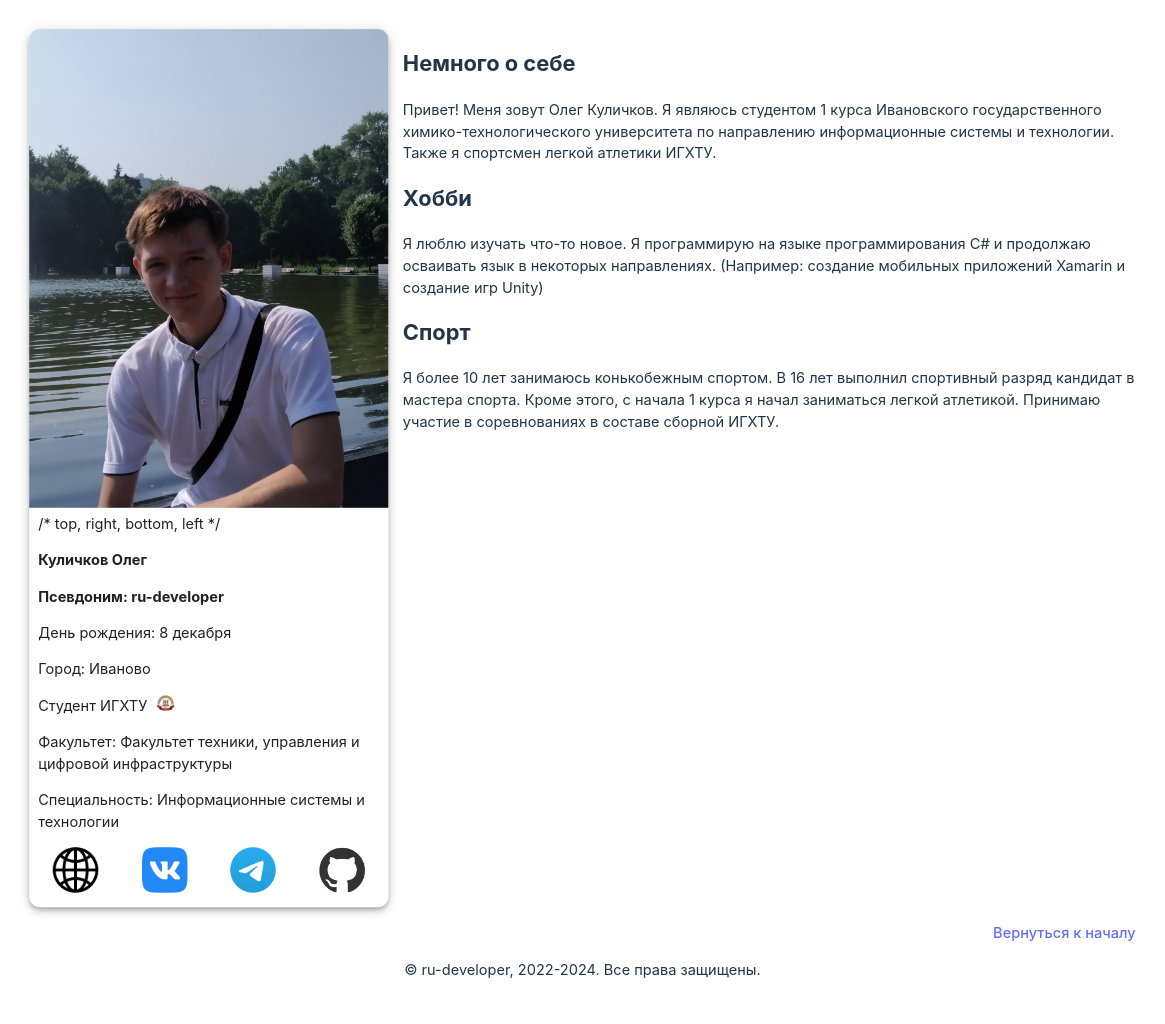
Repository: HubOl01/my_profile
Page: /
An editor plug-in stored every save of this project. The page is shown before and after a run of saves, followed by the edit.
The browser window is 1280 px wide. The pictures show the whole page, at 91% of full size.
The project was rebuilt for these pictures with package versions that can differ from the ones it lists, and the page was loaded fresh each time. Also part of the build but not shown: vite.config.ts, src/components/header/Header.style.scss, src/data/websites.ts.

Above is the page before, as saved 2024-03-08 17:43:29.

### src/App.tsx
import { Grid } from '@mui/material'
import './App.css'
import Common from './components/center/Common'
import Footer from './components/footer/Footer'
import Header from './components/header/Header'
import LeftBar from './components/left/LeftBar'


function App() {

  return (
    <>
      <Header />
      <Grid container spacing={2}>
        <Grid item xs={4}>
          <LeftBar />
        </Grid>
        <Grid item xs>
          <Common />
        </Grid>
      </Grid>
      <Footer />
    </>
  )
}

export default App

### src/App.css
#root {
  max-width: 1280px;
  margin: 0 auto;
  padding: 2rem;
  /* text-align: center; */
}
.logo:hover {
  filter: drop-shadow(0 0 2em #646cffaa);
}
.logo.react:hover {
  filter: drop-shadow(0 0 2em #61dafbaa);
}

@keyframes logo-spin {
  from {
    transform: rotate(0deg);
  }
  to {
    transform: rotate(360deg);
  }
}

@media (prefers-reduced-motion: no-preference) {
  a:nth-of-type(2) .logo {
    animation: logo-spin infinite 20s linear;
  }
}

.card {
  padding: 2em;
}

.read-the-docs {
  color: #888;
}

### src/components/center/Common.tsx
import React from 'react'

export default function Common() {
  return (
    <div className="Text">
      <h2>Немного о себе</h2>
      <p>
        Привет! Меня зовут Олег Куличков. Я являюсь студентом 1 курса
        Ивановского государственного химико-технологического университета по
        направлению информационные системы и технологии. Также я спортсмен
        легкой атлетики ИГХТУ.
      </p>
      <h2>Хобби</h2>
      <p>
        Я люблю изучать что-то новое. Я программирую на языке программирования
        C# и продолжаю осваивать язык в некоторых направлениях. (Например:
        создание мобильных приложений Xamarin и создание игр Unity)
      </p>
      <h2>Спорт</h2>
      <p>
        Я более 10 лет занимаюсь конькобежным спортом. В 16 лет выполнил
        спортивный разряд кандидат в мастера спорта. Кроме этого, с начала 1
        курса я начал заниматься легкой атлетикой. Принимаю участие в
        соревнованиях в составе сборной ИГХТУ.
      </p>
    </div>
  )
}

### src/components/footer/Footer.tsx
import React from 'react'

export default function Footer() {
  return (
    // <footer className="text-muted" style={{
    //   "width":"100%"
    // }}>
      <div className="container">
        <p className="float-right" style={{
      "textAlign": "right"
    }}>
          <a href="#">Вернуться к началу</a>
        </p>
        <p className="footer-text"
        style={{
          "textAlign": "center"
        }}
        >© ru-developer, 2022-{(new Date()).getFullYear()}. Все права защищены.</p>
      </div>
    // </footer>
  )
}

### src/components/header/Header.tsx
import './Header.style.scss'

export default function Header() {
  return (
      <div>
        {/* <h1>About myself</h1> */}
      </div>
  )
}

### src/components/left/LeftBar.tsx
import styles from './style.module.scss';
import { Card, Grid } from '@mui/material';
import about from '../../assets/images/About.jpg';
import isuct from '../../assets/images/isuct.png';
import { websites } from '../../data/websites';
import { nickname } from '../../data/my_projects';

const list_web = websites.map((web) =>
  <Grid item xs>
    <div className="web">
      <a
        href={web.href}
        title={web.title}
      >
        <img
          className={styles.img_icon}
          alt={web.alt}
          src={web.src}
          width={40}
        />
      </a>
    </div>
  </Grid>
)


const LeftBar = () => {
  return (
    <>
      <Card elevation={5}
        sx={{
          borderRadius: 3,
        }} >
        <a title="Куличков Олег" href="https://vk.com/oleg01f">
          <img
            alt="about"
            src={about}
            style={{
              // borderRadius: '15px',
              display: 'flex',
              width: "100%",
            }}
            data-holder-rendered="true"
          />
        </a>
        <div style={{ padding: "5px 10px 10px 10px" }}> /* top, right, bottom, left */
          <div>
            <p>
              <b>Куличков Олег</b>
            </p>
            <p>
              <b>Псевдоним: {nickname}</b>
            </p>
            <p>
              <span >День рождения:</span> 8 декабря
            </p>
            <p>
              <span className="text-format">Город:</span> Иваново
            </p>
            <p>
              Студент ИГХТУ
              <img
                className="isuct"
                alt="ISUCT"
                src={isuct}
                width={20}
                style={{ "marginLeft": "10px" }}
              // data-holder-rendered="true"
              />
            </p>
            <p>
              <span className="text-format">Факультет:</span> Факультет техники,
              управления и цифровой инфраструктуры
            </p>
            <p>
              <span className="text-format">Специальность:</span> Информационные
              системы и технологии
            </p>
            {/* <p style={{
              "textAlign": "center",
              "justifyContent": "center",
              display: 'flex',
              width: "100%",

          }}>
            <span className="text-format">Социальные сети</span>
          </p> */}

            <Grid container spacing={2}

              sx={{
                'textAlign': "center",
                // display: 'flex',
                // width: "100%",
              }
              }>
              {list_web}
            </Grid>

          </div>
        </div>


      </Card>
    </>
  )
}

export default LeftBar

### src/components/left/style.module.scss
.img_icon{
    width: 50px;
    height: 50px;
}
div{
    display: "flex";
}
// .custom-card{

// }

### src/data/my_projects.ts
export interface IProjects {
  title: string;
  description: string[];
  url_icon: string;
  url_images: string[];
  url_stores: string[];
  url_sources: string[];
  creator: string;
  fullStack: string[];
  platforms: string[];
  color: string;
}
export const nickname = "ru-developer"
enum Platforms {
  Android = "Android",
  IOS = "IOS",
  Windows = "Windows",
  Linux = "Linux",
  Web = "Web",
}
enum Colors {
  Red = "",
  White = "",
  Black = "",
  Green = "",
}
enum FullStack{
  Flutter = "Flutter",
  Dart = "Dart",
  Kotlin = "Kotlin",
  Jetpack_Compose = "Jetpack Compose",
  SQLite = "SQLite",
  Winforms = "Winforms",
  C_sharp = "C#",
  React = "React",
  Typescript = "Typescript",
  Retrofit = "Retrofit",
  PHP = "PHP"
}

export const projects: IProjects[] = [
  {
    title: "My Songbook",
    description: [
      "My Songbook – это творческая мастерская в вашем кармане. Независимо от того, являетесь ли вы гитаристом, певцом, композитором или просто энтузиастом музыки, это приложение поможет вам воплотить ваши музыкальные идеи в жизнь.",
      "\n",
      "Основные возможности:",
      "\n",
      "- Записывайте и редактируйте песни: Создавайте музыку в любое время, в любом месте. Записывайте мелодии, добавляйте тексты и настраивайте аранжировки – все это в вашем распоряжении.",
      "- Справочник аккордов для гитары: Независимо от вашего уровня мастерства, наше приложение предлагает обширный справочник аккордов для гитары. Найдите нужный аккорд и создайте свой собственный уникальный звук.",
      "- Автоскролл и легкая навигация: Никогда больше не теряйтесь в тексте. Функция автоскролла позволяет вам сконцентрироваться на музыке, а не на прокрутке текста.",
      "- Делитесь своей музыкой: Поделитесь своими произведениями с миром через социальные сети непосредственно из приложения. Позвольте всем услышать вашу творческую энергию.",
      "- Аудиофайлы с песнями: Сохраняйте свои композиции в виде аудиофайлов. Прослушивайте их в любое время или отправляйте друзьям и коллегам.",
      "\n",
      "Почему выбрать My Songbook?",
      "\n",
      "- Простота и удобство: Даже если вы начинающий музыкант, вы сможете создавать профессиональные композиции с легкостью.",
      "- Безопасное хранение ваших произведений: Ваши записи остаются конфиденциальными. Спокойно работайте над своими идеями, зная, что они в безопасности.",
      "\n",
      "Неважно, вы начинающий музыкант или профессионал, My Songbook поможет вам создать и поделиться музыкой, которая касается сердец. Начните свое музыкальное путешествие сегодня!",
    ],
    url_icon: "",
    url_images: [],
    url_stores: ["https://apps.rustore.ru/app/ru.ru_developer.my_songbook", "https://appgallery.huawei.com/app/C109087129", "https://global.app.mi.com/details?lo=RU&la=en_US&id=ru.ru_developer.my_songbook.mi"],
    url_sources: ["https://github.com/HubOl01/my_songbook"],
    creator: nickname,
    fullStack: [FullStack.Flutter, FullStack.Dart],
    platforms: [Platforms.Android],
    color: "",
  },
  {
    title: "Мой универ - ИГХТУ",
    description: [
      '"Мой универ - ИГХТУ" - это мобильное приложение, специально разработанное для студентов Ивановского государственного химико-технологического университета. Вы теперь сможете посмотреть расписание пар даже без интернета! Также можно получать уведомления об информации пар каждый день. В приложении также доступны заметки и вы можете записывать лекции, делать пометки, прикреплять ссылки и также делиться ими.',
      "\n",
      "Основные функции приложения:",
      "\n",
      "- Календарь с расписанием пар на текущий день",
      "- Расписание лекций, практик и семинаров",
      "- Новости ВУЗа",
      "- Вход в moodle ИГХТУ",
      "- Расписание преподавателей, сессий",
      "- Поисковик",
      "- Заметки, конспекты",
      "- Уведомления об информации пар на каждый день",
      "\n",
      "Также приложение адаптировано под планшеты      ",
    ],
    url_icon: "",
    url_images: [],
    url_stores: [],
    url_sources: ["https://github.com/HubOl01/my_university_isuct"],
    creator: nickname,
    fullStack: [FullStack.Flutter, FullStack.Dart, FullStack.PHP],
    platforms: [Platforms.Android],
    color: "",
  },
  {
    title: "MyAppHome",
    description: ["Приложение для многоквартирных домов"],
    url_icon: "",
    url_images: [],
    url_stores: [],
    url_sources: [],
    creator: "Создано вместе с командой OVERLAGO",
    fullStack: [FullStack.Flutter, FullStack.Dart],
    platforms: [Platforms.Android],
    color: "",
  },
  {
    title: "City Adventures",
    description: [],
    url_icon: "",
    url_images: [],
    url_stores: [],
    url_sources: [],
    creator: "Создано с командой на хакатоне",
    fullStack: [FullStack.Flutter, FullStack.Dart],
    platforms: [Platforms.Android],
    color: "",
  },
  {
    title: "Bellisemo",
    description: ["Student project for study architectural technologies"],
    url_icon: "",
    url_images: [],
    url_stores: [],
    url_sources: [],
    creator: "Student project",
    fullStack: [FullStack.React, FullStack.Typescript],
    platforms: [Platforms.Web],
    color: "",
  },
  {
    title: "Weather",
    description: ["Student project for study kotlin jetpack compose"],
    url_icon: "",
    url_images: [],
    url_stores: [],
    url_sources: [],
    creator: nickname,
    fullStack: [FullStack.Jetpack_Compose, FullStack.Kotlin, FullStack.Retrofit],
    platforms: [Platforms.Android],
    color: "",
  },
  {
    title: "My portfolio",
    description: ["Вебсайт для показа своих проектов, которые мы видим здесь"],
    url_icon: "",
    url_images: [],
    url_stores: [],
    url_sources: [],
    creator: nickname,
    fullStack: [FullStack.React, FullStack.Typescript],
    platforms: [Platforms.Web],
    color: "",
  },
];

Loaded but not shown: index.html (common file); src/main.tsx (common file); src/index.css (common file)

After the next 9 saves:
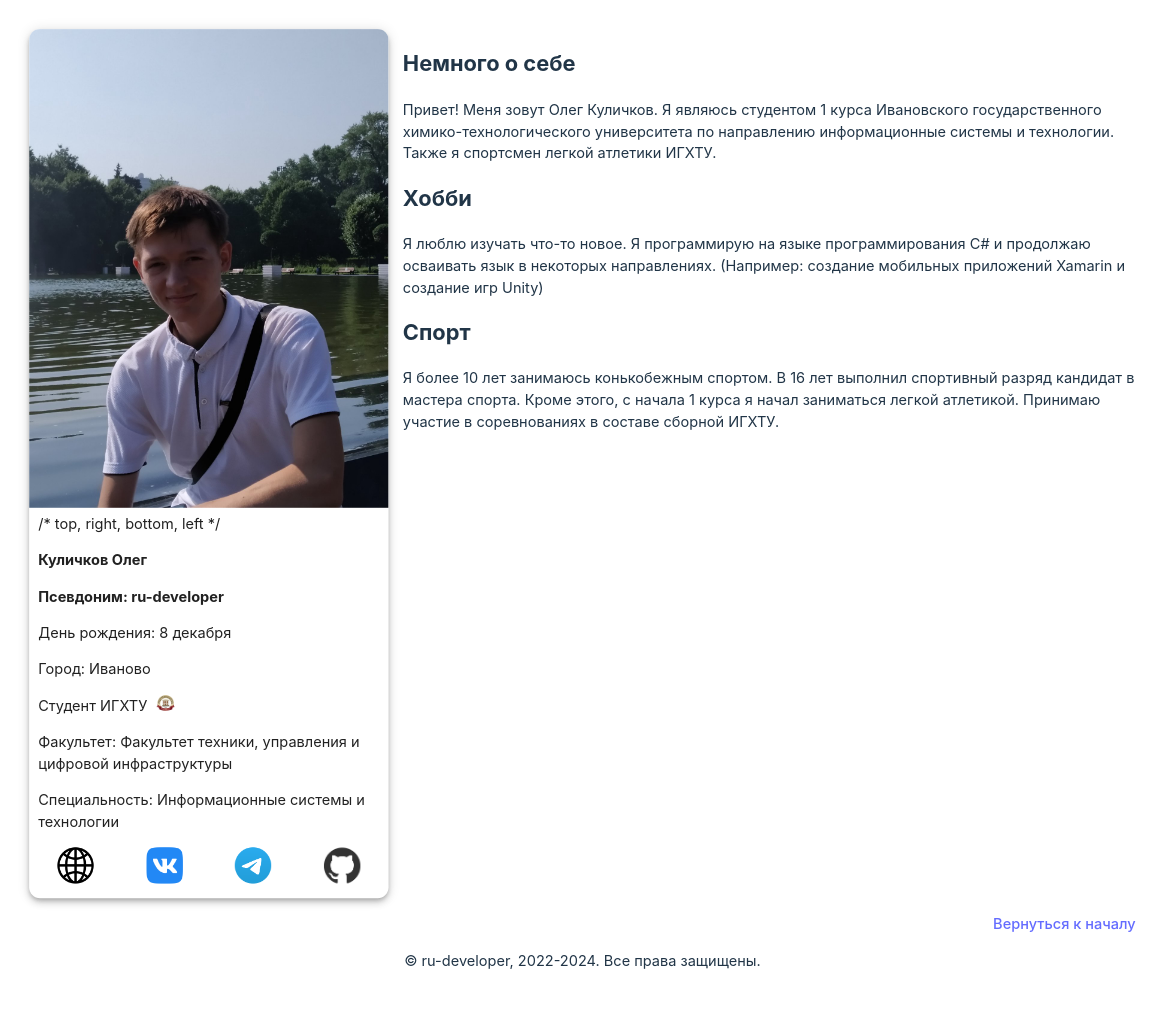
The 9 saves are shown as one change because 2 did not build or start and some came seconds apart.
The last was saved 5 min 18 s later.
--- a/src/components/left/LeftBar.tsx
+++ b/src/components/left/LeftBar.tsx
@@ -13,7 +13,7 @@ const list_web = websites.map((web) =>
         title={web.title}
       >
         <img
-          className={styles.img_icon}
+          className={styles}
           alt={web.alt}
           src={web.src}
           width={40}
